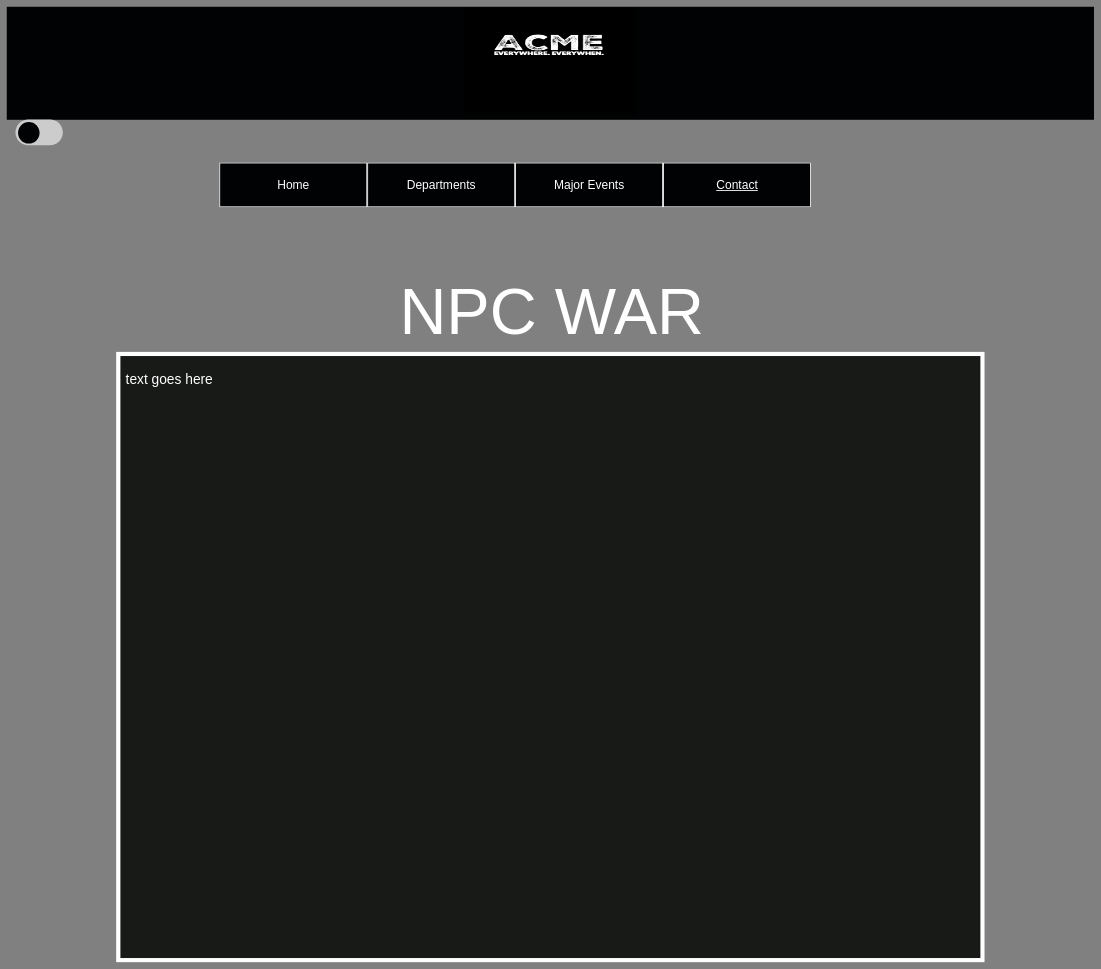
Repository: omega7379/omega7379.github.io
Page: npcWar.html
These files come from the project's save history. The page is drawn as it stood at one moment and after a run of saves; the edit follows.
The browser window is 1280 px wide. The pictures show the whole page, at 86% of full size.

Above is the page before, as saved 2022-07-02 22:17:04.

After the next 4 saves:
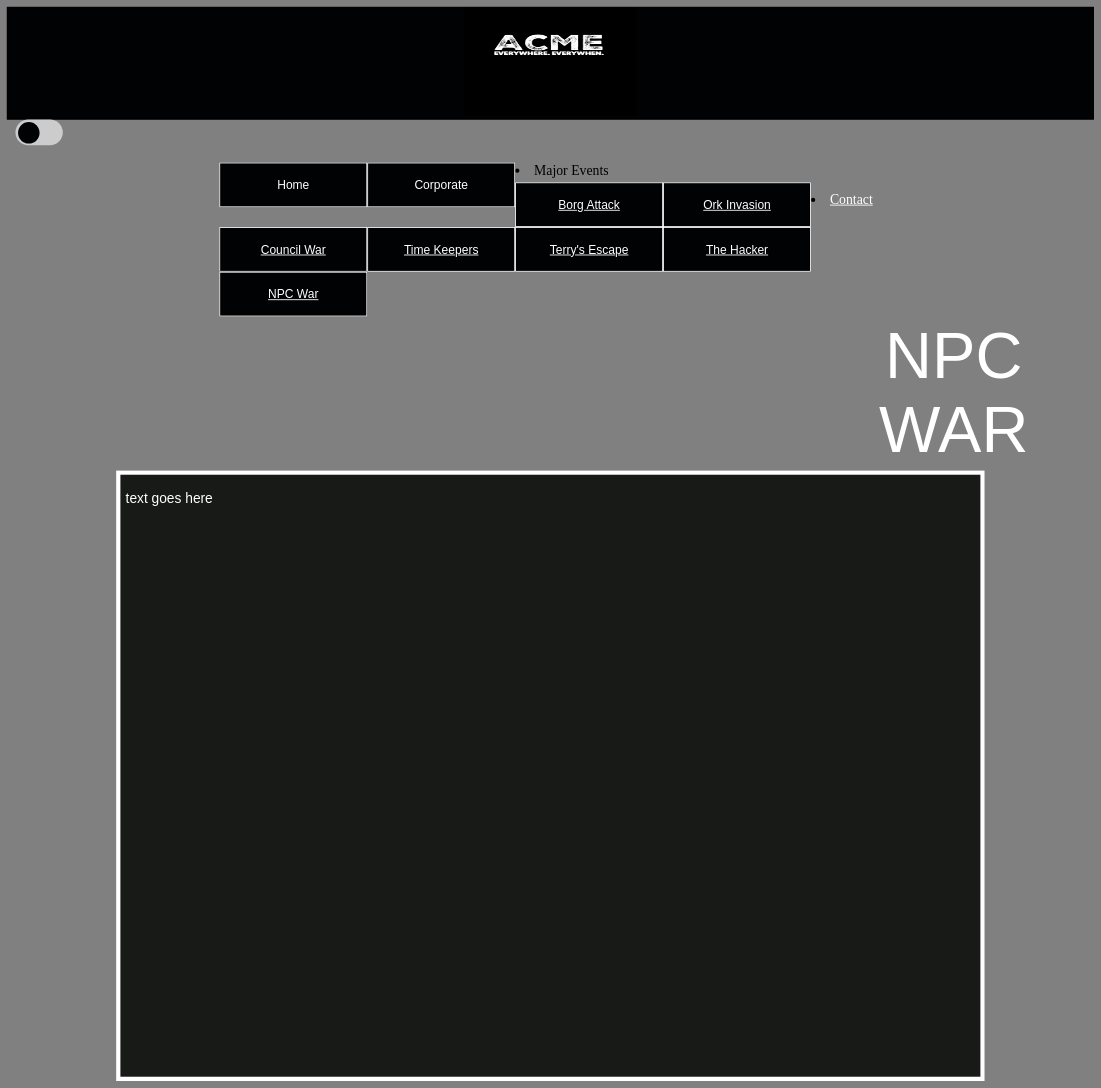
The 4 saves are shown as one change because they came seconds apart.
The last was saved 10 s later.
--- a/npcWar.html
+++ b/npcWar.html
@@ -39,7 +39,7 @@
                 <ul><li>Home
                     <ul>
                         <li><a href="home.html">Home</a></li>
-                        <li><a</li>
+                        <li><a href="</li>
                     </ul>
                     </li>
                     <li>Departments

After the 5 saves that followed:
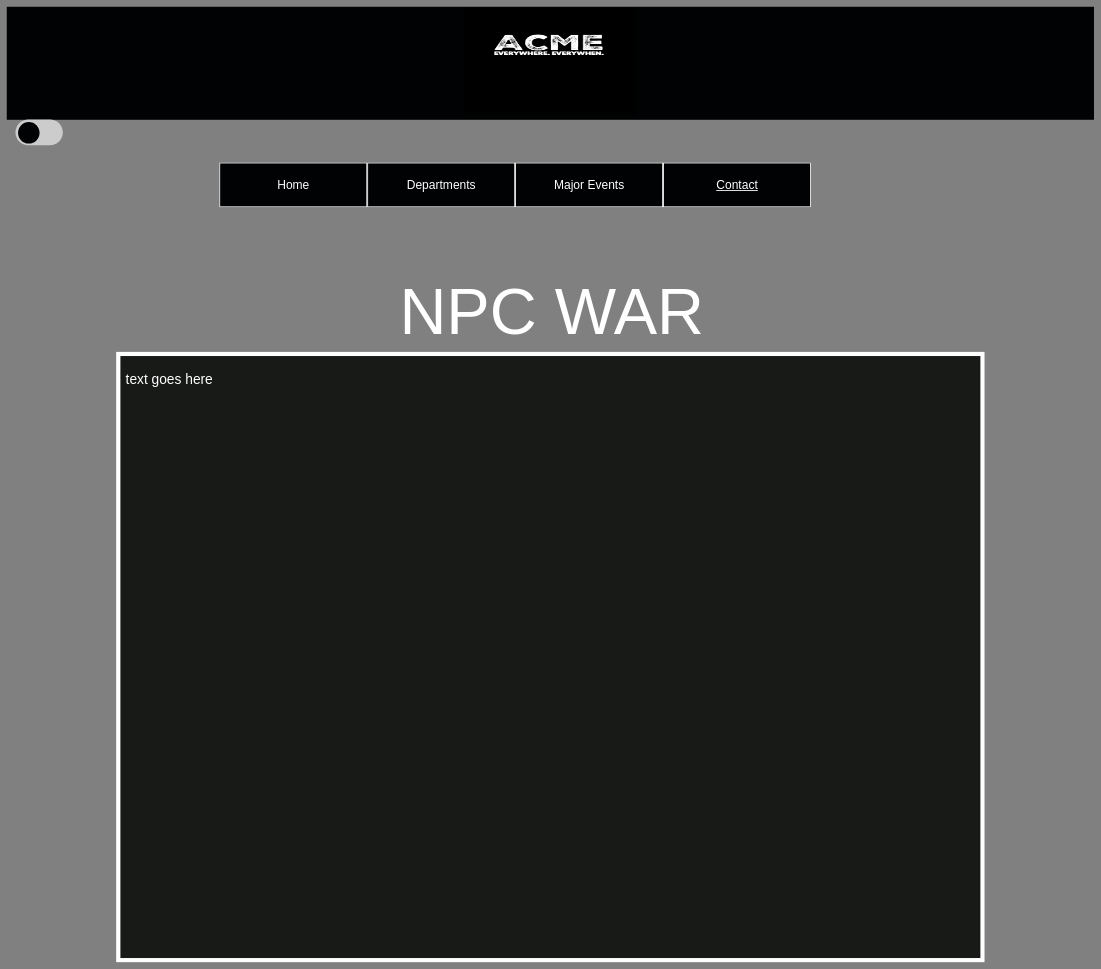
The 5 saves are shown as one change because they came seconds apart.
The last was saved 10 s later.
--- a/npcWar.html
+++ b/npcWar.html
@@ -39,7 +39,7 @@
                 <ul><li>Home
                     <ul>
                         <li><a href="home.html">Home</a></li>
-                        <li><a href="</li>
+                        <li><a href="media.html"></a></li>
                     </ul>
                     </li>
                     <li>Departments
